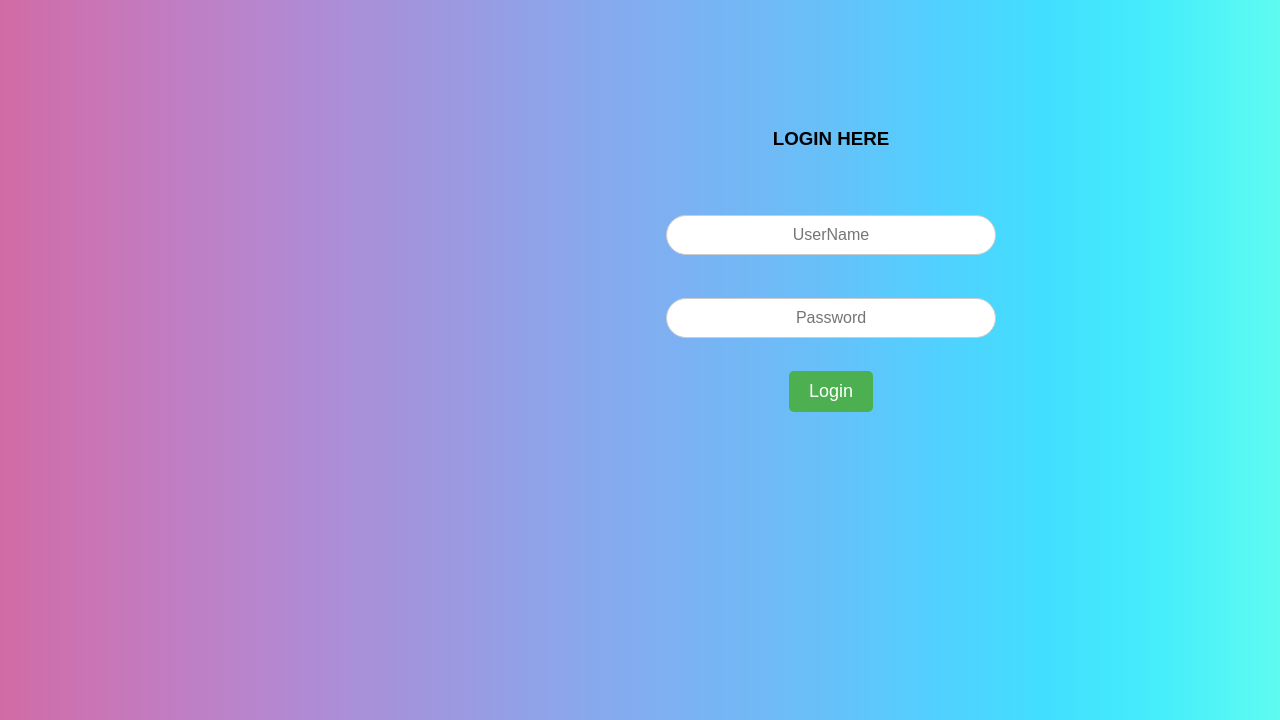
Repository: amitSai12/CMS
Page: http://localhost/LibraryManagementDemo/Login.jsp
These files come from the project's save history. The page is drawn as it stood at one moment and after the next save; the edit follows.
The browser window is 1280 px wide. The pictures show the whole page.
The page is served by Tomcat 9. Other server files are loaded and not shown.

Above is the page before, as saved 2023-10-03 18:19:02.

### Day1_Thu/LibraryManagementDemo/src/main/webapp/Login.jsp
<%@ page language="java" contentType="text/html; charset=ISO-8859-1"
    pageEncoding="ISO-8859-1"%>
    <%@taglib uri="http://java.sun.com/jsp/jstl/core" prefix="c" %>
    <%@taglib uri="http://java.sun.com/jsp/jstl/sql" prefix="sql" %>
<!DOCTYPE html>
<html>
<head>
<meta charset="ISO-8859-1">
<title>Insert title here</title>
<link rel="stylesheet" href="login.css">
</head>
<body>
	<form method="post" action="Login.jsp">
		<center>
			<h3>LOGIN HERE</h3><br/><br/>

			<input type="text" name="userName" placeholder="UserName"/><br><br>

			<input type="password" name="password" placeholder="Password"/><br><br>
			<input type="submit" value="Login" />
		</center>
	</form>

	<c:if test="${param.userName!=null && param.password!=null }">

		<jsp:useBean id="login" class="com.java.library.LibUsers"/>
		<jsp:setProperty property="*" name="login"/>
		<jsp:useBean id="beanDao" class="com.java.library.LibraryDAOImpl"/>
		<c:set var="count" value="${beanDao.authenticate(login)}"/>
		<c:if test="${count==1}">
			<%
				session.setAttribute("user",request.getParameter("userName"));
			%>
			<jsp:forward page="Menu2.jsp"/>
	</c:if>
	</c:if>
	<c:if test="${count==0}">
		<div class="invalid-credentials">
   			<c:out value=" Invalid Credentials...."/>
		</div>

	</c:if>

</body>
</html>

### Day1_Thu/LibraryManagementDemo/src/main/java/com/java/library/LibUsers.java
package com.java.library;

public class LibUsers {

	private String userName;
	private String password;


	public String getUserName() {
		return userName;
	}
	public void setUserName(String userName) {
		this.userName = userName;
	}
	public String getPassword() {
		return password;
	}
	public void setPassword(String password) {
		this.password = password;
	}


	public LibUsers(String userName, String password) {
		super();
		this.userName = userName;
		this.password = password;
	}
	public LibUsers() {
		super();
		// TODO Auto-generated constructor stub
	}


	@Override
	public String toString() {
		return "LibUsers [userName=" + userName + ", password=" + password + "]";
	}


}

### Day1_Thu/LibraryManagementDemo/src/main/java/com/java/library/LibraryDAO.java
package com.java.library;

import java.sql.SQLException;
import java.util.List;

public interface LibraryDAO {

	String createUser(LibUsers libUsers) throws ClassNotFoundException, SQLException;

	int authenticate(LibUsers libUsers) throws ClassNotFoundException, SQLException;

	List<Books> searchBooks(String searchType, String searchValue) throws ClassNotFoundException, SQLException;

	String updateBooks(int bookId,String user) throws ClassNotFoundException, SQLException;

	Books getBookById(int Id) throws ClassNotFoundException, SQLException;

	Books getBookByUser(String User) throws ClassNotFoundException, SQLException;

	List<Books> returnBook() throws ClassNotFoundException, SQLException;

	String returnBooks(int bookId, String userName) throws ClassNotFoundException, SQLException;
}

### Day1_Thu/LibraryManagementDemo/src/main/java/com/java/library/LibraryDAOImpl.java
package com.java.library;

import java.sql.Connection;
import java.sql.PreparedStatement;
import java.sql.ResultSet;
import java.sql.SQLException;
import java.util.ArrayList;
import java.util.List;

import com.mysql.cj.xdevapi.Result;

public class LibraryDAOImpl implements LibraryDAO {

	Connection connection;
	PreparedStatement pst;

// to create user and password -----------------------------------------------
	@Override
	public String createUser(LibUsers libUsers) throws ClassNotFoundException, SQLException {
		connection = ConnectionHelper.getConnection();
		String enPwd = EncryptPassword.getCode(libUsers.getPassword());
		String cmd = "Insert into LibUsers(Username,Password) values(?,?)";
		pst = connection.prepareStatement(cmd);
		pst.setString(1, libUsers.getUserName());
		pst.setString(2, enPwd);
		pst.executeUpdate();
		return "Your Account Created ...";
	}

// login for existing users --------------------------------------------------------
	@Override
	public int authenticate(LibUsers libUsers) throws ClassNotFoundException, SQLException {
		connection = ConnectionHelper.getConnection();
		String encr = EncryptPassword.getCode(libUsers.getPassword());
		String cmd = "select count(*) cnt from LibUsers where userName=? AND Password=?";
		pst = connection.prepareStatement(cmd);
		pst.setString(1, libUsers.getUserName());
		pst.setString(2, encr.trim());
		ResultSet rs = pst.executeQuery();
		rs.next();
		int count = rs.getInt("cnt");
		return count;

	}

// to search the list of books by their id, name and all -------------------------------------
	@Override
	public List<Books> searchBooks(String searchType, String searchValue) throws ClassNotFoundException, SQLException {
		String sql;
		boolean isValid = true;
		if (searchType.equals("id")) {
			sql = "SELECT * from Books where Id=?";
		} else if (searchType.equals("bookname")) {
			sql = "SELECT * from Books where name=?";
		} else if (searchType.equals("authorname")) {
			sql = "SELECT * from Books where author=?";
		} else if (searchType.equals("dept")) {
			sql = "SELECT * from Books where dept=?";
		} else {
			isValid = false;
			sql = "SELECT * from Books";
		}
		connection = ConnectionHelper.getConnection();
		pst = connection.prepareStatement(sql);
		if (isValid == true) {
			pst.setString(1, searchValue);
		}
		ResultSet rs = pst.executeQuery();
		Books books = null;
		List<Books> booksList = new ArrayList<Books>();
		while (rs.next()) {
			books = new Books();
			books.setId(rs.getInt("id"));
			books.setName(rs.getString("name"));
			books.setAuthor(rs.getString("author"));
			books.setEdition(rs.getString("edition"));
			books.setDept(rs.getString("dept"));
			books.setNoOfBooks(rs.getInt("TotalBooks"));
			booksList.add(books);

		}
		return booksList;
	}

// to issue the book and update them in the table by subtracting one book from db -------------------
	@Override
	public String updateBooks(int bookId, String user) throws ClassNotFoundException, SQLException {
		connection = ConnectionHelper.getConnection();
		Books book = getBookById(bookId);

		if (hasUserIssuedBook(bookId, user)) {
			return "You have already issued this book.";
		} else {

			String cmd = "UPDATE Books SET TotalBooks = TotalBooks - 1 WHERE Id = ?";
			pst = connection.prepareStatement(cmd);
			pst.setInt(1, bookId);
			pst.executeUpdate();
			cmd = "Insert into TranBook(bookId,userName) values(?,?)";
			pst = connection.prepareStatement(cmd);
			pst.setInt(1, bookId);
			pst.setString(2, user);
			pst.executeUpdate();
			return "Book Issued Successfully";
		}
	}

// to get the bookId ------------------------------------------------------------------------

	@Override
	public Books getBookById(int Id) throws ClassNotFoundException, SQLException {
		Connection connection = ConnectionHelper.getConnection();
		PreparedStatement preparedStatement = null;
		ResultSet resultSet = null;
		Books book = null;

		try {
			String query = "SELECT * FROM Books WHERE Id = ?";
			preparedStatement = connection.prepareStatement(query);
			preparedStatement.setInt(1, Id);
			resultSet = preparedStatement.executeQuery();

			if (resultSet.next()) {
				// Retrieve book details from the result set
				int id = resultSet.getInt("Id");
				String name = resultSet.getString("Name");
				String author = resultSet.getString("Author");
				String edition = resultSet.getString("Edition");
				String dept = resultSet.getString("Dept");
				int noOfBooks = resultSet.getInt("TotalBooks");
				// Retrieve other book details...

				// Create a Books object with retrieved details
				book = new Books(id, name, author, edition, dept, noOfBooks);
			}
		} catch (SQLException e) {
			e.printStackTrace();
			// Handle any exceptions or log errors
		} finally {
			// Close database resources (connection, statement, and result set)
			// Handle resource closing exceptions if necessary
		}

		return book;
	}

// to get the user -----------------------------------------------------------------------------
	@Override
	public Books getBookByUser(String User) throws ClassNotFoundException, SQLException {
		Connection connection = ConnectionHelper.getConnection();
		PreparedStatement preparedStatement;
		ResultSet resultSet;
		Books book1 = null;

		try {
			String query = "SELECT * FROM Books WHERE UserName = ?";
			preparedStatement = connection.prepareStatement(query);
			preparedStatement.setString(1, User);
			resultSet = preparedStatement.executeQuery();

			if (resultSet.next()) {
				// Retrieve book details from the result set
				int id = resultSet.getInt("Id");
				String name = resultSet.getString("Name");
				String author = resultSet.getString("Author");
				String edition = resultSet.getString("Edition");
				String dept = resultSet.getString("Dept");
				int noOfBooks = resultSet.getInt("TotalBooks");
				// Retrieve other book details...

				// Create a Books object with retrieved details
				book1 = new Books(id, name, author, edition, dept, noOfBooks);
			}
		} catch (SQLException e) {
			e.printStackTrace();
			// Handle any exceptions or log errors
		} finally {
			// Close database resources (connection, statement, and result set)
			// Handle resource closing exceptions if necessary
		}

		return book1;
	}

	private boolean hasUserIssuedBook(int bookId, String user) throws SQLException {
		// Check if the user has already issued the same book
		String query = "SELECT COUNT(*) FROM TranBook WHERE bookId = ? AND userName = ?";
		PreparedStatement preparedStatement = null;
		ResultSet resultSet = null;

		try {
			preparedStatement = connection.prepareStatement(query);
			preparedStatement.setInt(1, bookId);
			preparedStatement.setString(2, user);
			resultSet = preparedStatement.executeQuery();

			if (resultSet.next()) {
				int count = resultSet.getInt(1);
				return count > 0;
			}
		} finally {
			// Close resources
			if (resultSet != null) {
				resultSet.close();
			}
			if (preparedStatement != null) {
				preparedStatement.close();
			}
		}

		return false;
	}

	@Override
	public String returnBooks(int bookId, String userName) throws ClassNotFoundException, SQLException {
		/*
		 * connection = ConnectionHelper.getConnection();
		 *
		 *
		 * Books book = getBookById(bookId); Books book1 = getBookByUser(user);
		 *
		 *
		 * String cmd = "DELETE FROM TranBook WHERE bookId = ? AND userName = ?"; pst =
		 * connection.prepareStatement(cmd); pst.setInt(1, bookId);
		 *
		 * pst.setString(2, user); pst.executeUpdate();
		 *
		 * cmd = "Insert into transreturn(bookId,userName) values(?,?)"; pst =
		 * connection.prepareStatement(cmd); pst.setInt(1, bookId); pst.setString(2,
		 * user); pst.executeUpdate();
		 *
		 * cmd = "UPDATE Books SET TotalBooks = TotalBooks + 1 WHERE Id = ?"; pst =
		 * connection.prepareStatement(cmd); pst.setInt(1, bookId); pst.executeUpdate();
		 */
		connection = ConnectionHelper.getConnection();
		String cmd = "Delete from tranbook where bookId = ?";
		pst = connection.prepareStatement(cmd);
		pst.setInt(1, bookId);
		pst.executeUpdate();

		cmd =  "update books set TotalBooks=TotalBooks+1 where id =?";
		pst = connection.prepareStatement(cmd);
		pst.setInt(1, bookId);
		pst.executeUpdate();

		cmd = "Insert into transreturn (userName,bookId) values(?,?)";
		pst = connection.prepareStatement(cmd);
		pst.setString(1, userName);
		pst.setInt(2, bookId);

		pst.executeUpdate();
		return "Book Returned Sucessfully";
	}

	@Override
	public List<Books> returnBook() throws ClassNotFoundException, SQLException {
		connection = ConnectionHelper.getConnection();
		String sql = "SELECT * from tranbook";
		pst = connection.prepareStatement(sql);
		ResultSet rs = pst.executeQuery();
		Books books = null;
		List<Books> returnbooksList = new ArrayList<Books>();
		while (rs.next()) {
			books = new Books();
			books.setId(rs.getInt("bookid"));
			books.setName(rs.getString("Username"));
			books.setFromDate(rs.getDate("fromDate"));
			returnbooksList.add(books);

		}
		return returnbooksList;
	}

}

### Day1_Thu/LibraryManagementDemo/src/main/webapp/login.css
body {
  background-image: linear-gradient(to right, #d16ba5, #c777b9, #ba83ca, #aa8fd8, #9a9ae1, #8aa7ec, #79b3f4, #69bff8, #52cffe, #41dfff, #46eefa, #5ffbf1);
      font-family: Arial, sans-serif;
    margin: 0;
    padding: 0;
}

form {

    width: 30%;
    margin: 0 auto;
    padding: 20px;
    text-align: center;
    margin-top:7%;
    margin-left: 619px;
}

h2 {
    color: rgb(0, 0, 0);
}

input[type="text"],
input[type="password"] {
    text-align: center;
    width: 80%;
    padding: 10px;
    margin-top: 10px;
    margin-bottom: 15px;
    border: 1px solid #ccc;
    border-radius: 30px;
    font-size: 16px;
    }

input[type="submit"] {
    background-color: #4CAF50;
    color: #ffffff;
    border: none;
    border-radius: 5px;
    padding: 10px 20px;
    font-size: 18px;
    cursor: pointer;
}

input[type="submit"]:hover {
    background-color: #45a049;
}

.invalid-credentials {
    animation: fadeInOut 2s ease-in-out infinite;
    color: red;
    font-weight: bold;
    text-align: center;
    margin-top: 45px;
}
@keyframes fadeInOut {
    0% {
        opacity: 0;
    }
    25% {
        opacity: 1;
    }
    75% {
        opacity: 1;
    }
    100% {
        opacity: 0;
    }
}

After the next save:
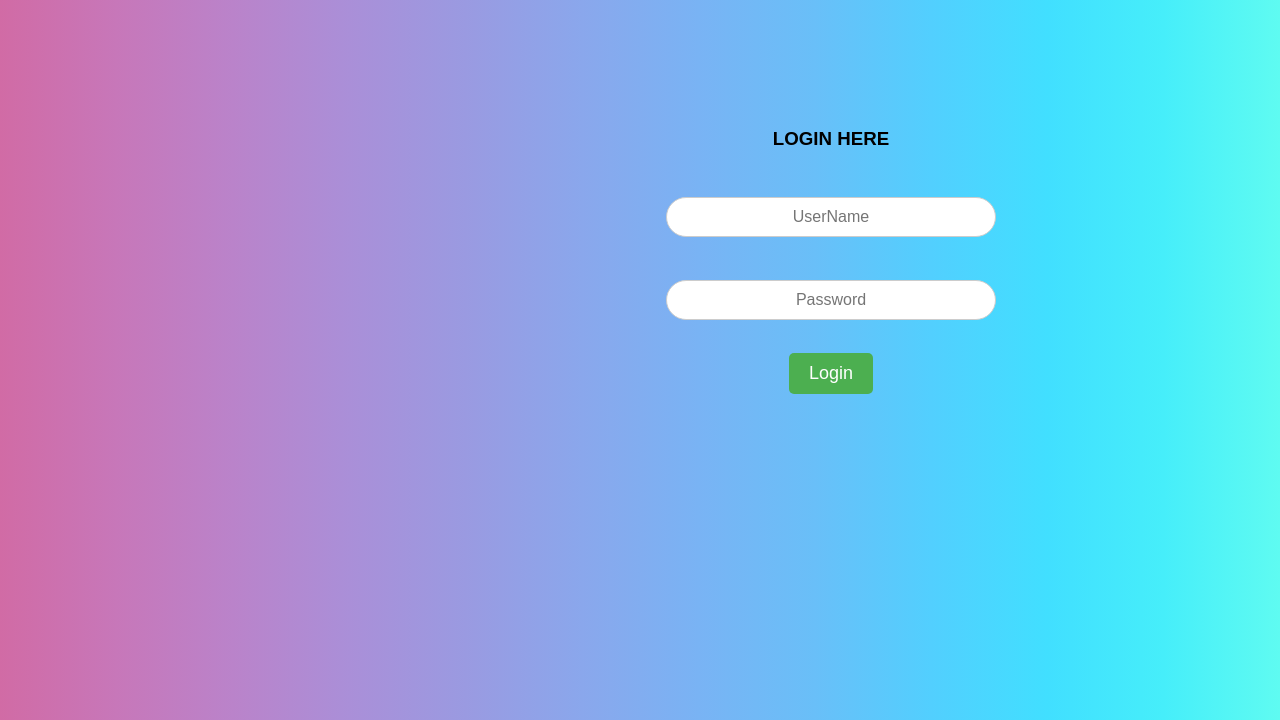
Saved 10 s later.
--- a/Day1_Thu/LibraryManagementDemo/src/main/webapp/Login.jsp
+++ b/Day1_Thu/LibraryManagementDemo/src/main/webapp/Login.jsp
@@ -12,7 +12,7 @@
 <body>
 	<form method="post" action="Login.jsp">
 		<center>
-			<h3>LOGIN HERE</h3><br/><br/>
+			<h3>LOGIN HERE</h3><br/>
 
 			<input type="text" name="userName" placeholder="UserName"/><br><br>
 
